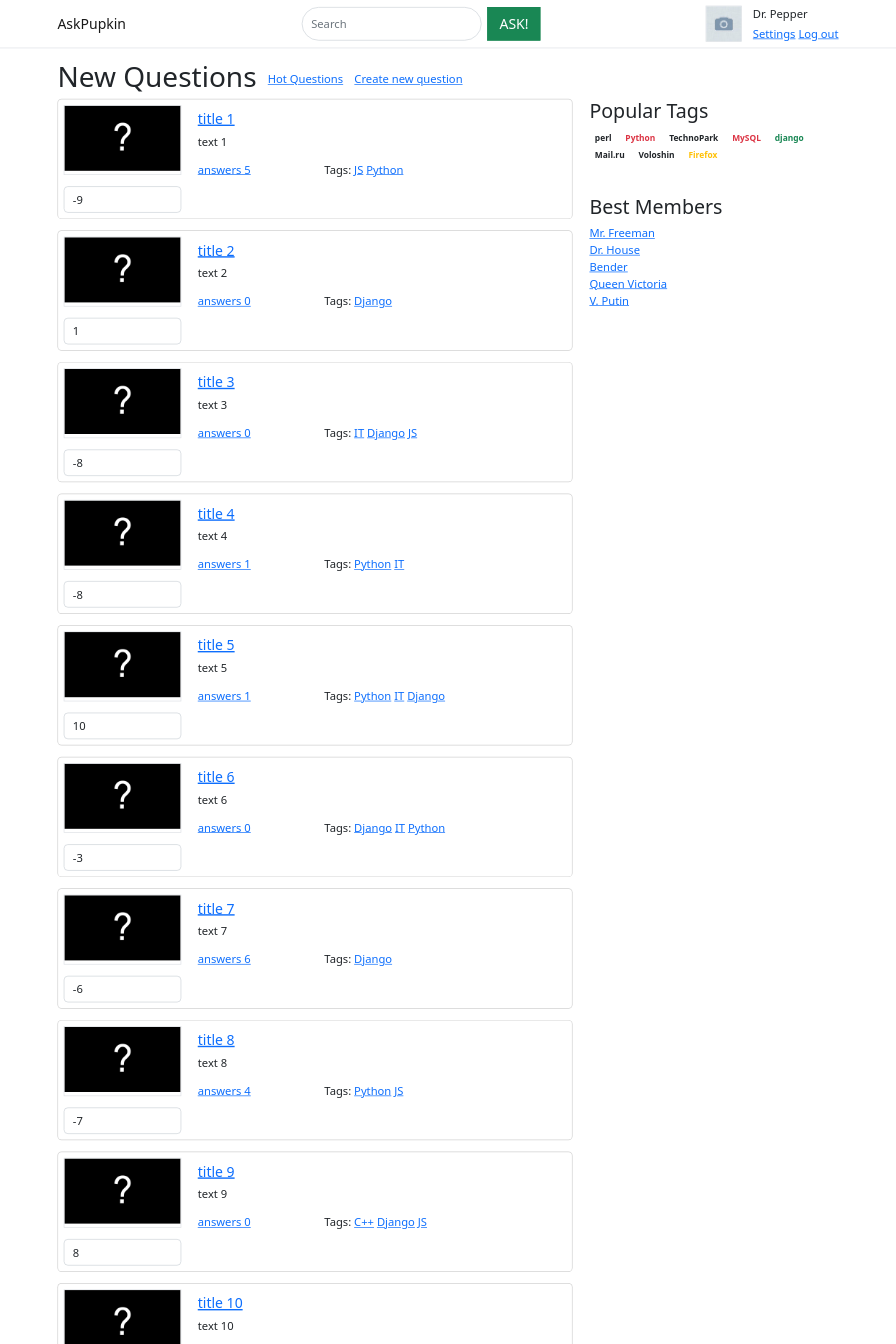
Repository: MiniDan21/askme_molchanov_django
Page: http://localhost/
The author's editor kept a copy of each file at every save. The page is drawn from the files as they stood at one save, then again after the next save.
The browser window is 1280 px wide. The pictures show the part of the page from y = 0 to 1920 px (the page is 5647 px tall before and 5947 px after), at 70% of full size.
The page is served by the project's application, run on Django 5.2 (manage.py).

Above is the page before, as saved 2024-04-09 18:30:30.

After the next save:
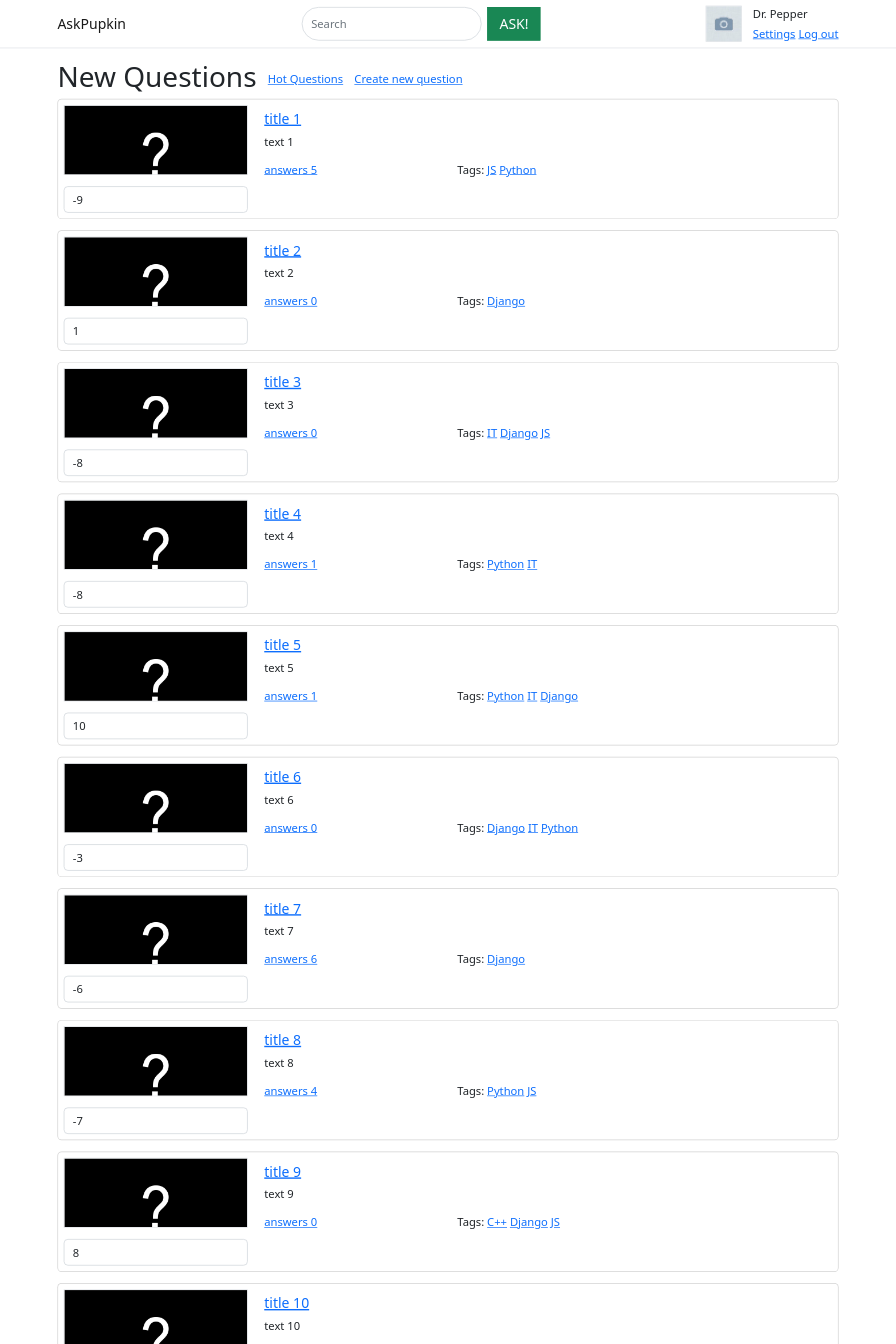
Saved 24 s later.
--- a/templates/index.html
+++ b/templates/index.html
@@ -6,55 +6,53 @@
         <a href="/hot">Hot Questions</a>
         <a href="/ask">Create new question</a>
       </div>
-      <div class="row">
-        <div class="col-8">
-          {% for question in questions %}
-          <article class="card mb-3 w-100">
-            <div class="row g-0">
-              <div class="col-3 p-2">
-                <div
-                  class="border w-100 mb-3 overflow-hidden"
-                  style="height: 100px"
-                >
-                  <img
-                    src="{{ question.avatar }}"
-                    class="img-fluid"
-                    alt="..."
-                  />
-                </div>
-                <div class="input-group flex-nowrap">
-                  <input
-                    type="number"
-                    value="{{ question.likes }}"
-                    class="form-control"
-                  />
-                </div>
+        {% for question in questions %}
+        <article class="card mb-3 w-100">
+          <div class="row g-0">
+            <div class="col-3 p-2">
+              <div
+                class="border w-100 mb-3 overflow-hidden"
+                style="height: 100px"
+              >
+                <img
+                  src="{{ question.avatar }}"
+                  class="img-fluid"
+                  alt="..."
+                />
               </div>
-              <div class="col">
-                <div class="card-body">
-                  <h5 class="card-title">
-                    <a href="{% url "question" question.id %}">{{ question.title }}</a>
-                  </h5>
-                  <p class="card-text">
-                    {{ question.text }}
-                  </p>
-                  <div class="row">
-                    <a
-                      class="col-4"
-                      href="{% url "question" question.id %}"
-                    >{{ question.answers }}</a>
-                    <div class="col-8">
-                      <span>Tags:</span>
-                      {% for tag in question.tags %}
-                        <a href="{% url "tag" tag.name %}">{{ tag.name }}</a>
-                      {% endfor %}
-                    </div>
+              <div class="input-group flex-nowrap">
+                <input
+                  type="number"
+                  value="{{ question.likes }}"
+                  class="form-control"
+                />
+              </div>
+            </div>
+            <div class="col">
+              <div class="card-body">
+                <h5 class="card-title">
+                  <a href="{% url "question" question.id %}">{{ question.title }}</a>
+                </h5>
+                <p class="card-text">
+                  {{ question.text }}
+                </p>
+                <div class="row">
+                  <a
+                    class="col-4"
+                    href="{% url "question" question.id %}"
+                  >{{ question.answers }}</a>
+                  <div class="col-8">
+                    <span>Tags:</span>
+                    {% for tag in question.tags %}
+                      <a href="{% url "tag" tag.name %}">{{ tag.name }}</a>
+                    {% endfor %}
                   </div>
                 </div>
               </div>
             </div>
-          </article>
-          {% endfor %}
+          </div>
+        </article>
+        {% endfor %}
         {% include 'layouts/pagination.html' %}
         {% include 'layouts/popular.html' %}
 

After the 2 saves that followed:
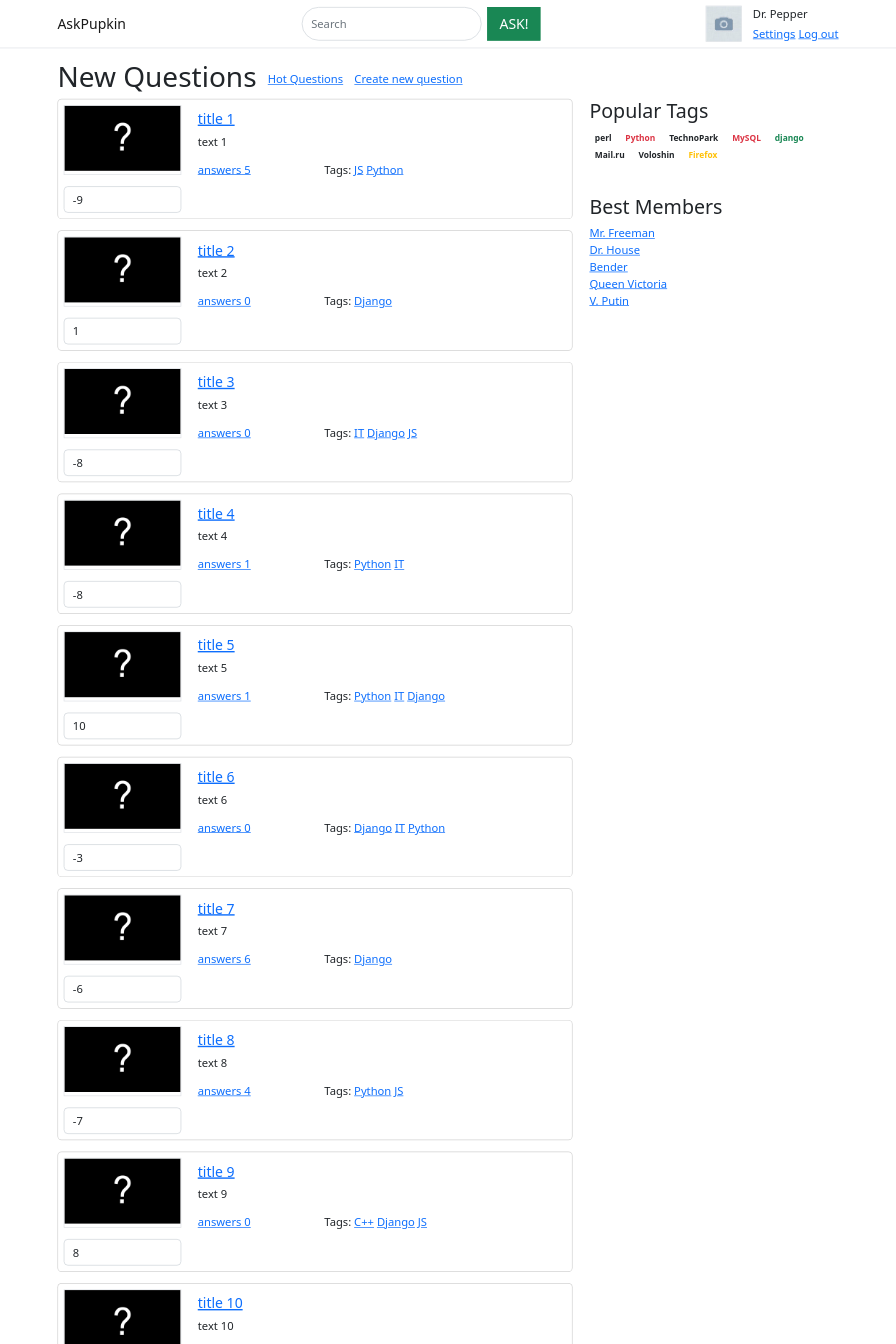
The 2 saves are shown as one change because 1 left the picture as it was.
The last was saved 22 s later.
--- a/templates/index.html
+++ b/templates/index.html
@@ -6,53 +6,55 @@
         <a href="/hot">Hot Questions</a>
         <a href="/ask">Create new question</a>
       </div>
-        {% for question in questions %}
-        <article class="card mb-3 w-100">
-          <div class="row g-0">
-            <div class="col-3 p-2">
-              <div
-                class="border w-100 mb-3 overflow-hidden"
-                style="height: 100px"
-              >
-                <img
-                  src="{{ question.avatar }}"
-                  class="img-fluid"
-                  alt="..."
-                />
+      <div class="row">
+        <div class="col-8">
+          {% for question in questions %}
+          <article class="card mb-3 w-100">
+            <div class="row g-0">
+              <div class="col-3 p-2">
+                <div
+                  class="border w-100 mb-3 overflow-hidden"
+                  style="height: 100px"
+                >
+                  <img
+                    src="{{ question.avatar }}"
+                    class="img-fluid"
+                    alt="..."
+                  />
+                </div>
+                <div class="input-group flex-nowrap">
+                  <input
+                    type="number"
+                    value="{{ question.likes }}"
+                    class="form-control"
+                  />
+                </div>
               </div>
-              <div class="input-group flex-nowrap">
-                <input
-                  type="number"
-                  value="{{ question.likes }}"
-                  class="form-control"
-                />
-              </div>
-            </div>
-            <div class="col">
-              <div class="card-body">
-                <h5 class="card-title">
-                  <a href="{% url "question" question.id %}">{{ question.title }}</a>
-                </h5>
-                <p class="card-text">
-                  {{ question.text }}
-                </p>
-                <div class="row">
-                  <a
-                    class="col-4"
-                    href="{% url "question" question.id %}"
-                  >{{ question.answers }}</a>
-                  <div class="col-8">
-                    <span>Tags:</span>
-                    {% for tag in question.tags %}
-                      <a href="{% url "tag" tag.name %}">{{ tag.name }}</a>
-                    {% endfor %}
+              <div class="col">
+                <div class="card-body">
+                  <h5 class="card-title">
+                    <a href="{% url "question" question.id %}">{{ question.title }}</a>
+                  </h5>
+                  <p class="card-text">
+                    {{ question.text }}
+                  </p>
+                  <div class="row">
+                    <a
+                      class="col-4"
+                      href="{% url "question" question.id %}"
+                    >{{ question.answers }}</a>
+                    <div class="col-8">
+                      <span>Tags:</span>
+                      {% for tag in question.tags %}
+                        <a href="{% url "tag" tag.name %}">{{ tag.name }}</a>
+                      {% endfor %}
+                    </div>
                   </div>
                 </div>
               </div>
             </div>
-          </div>
-        </article>
-        {% endfor %}
+          </article>
+          {% endfor %}
         {% include 'layouts/pagination.html' %}
         {% include 'layouts/popular.html' %}
 
